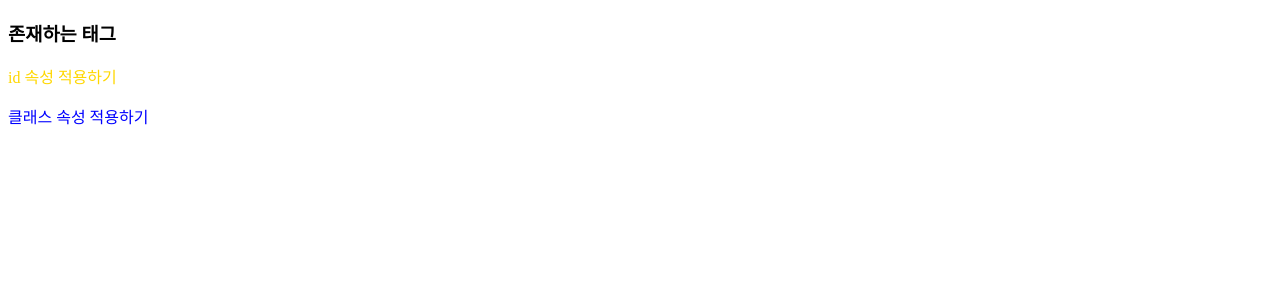
Repository: poomshen/team_03_project2
Page: WebBasic/WebContent/Ex06_Basic_Css_Point.html
The author's editor kept a copy of each file at every save. The page is drawn from the files as they stood at one save, then again after the next save.
The browser window is 1280 px wide. The pictures show the whole page.

Above is the page before, as saved 2016-08-26 07:34:26.

After the next save:
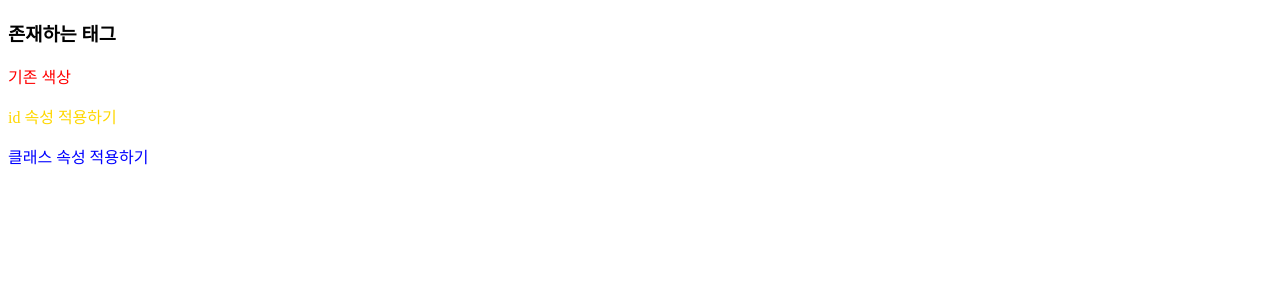
Saved 33 s later.
--- a/WebBasic/WebContent/Ex06_Basic_Css_Point.html
+++ b/WebBasic/WebContent/Ex06_Basic_Css_Point.html
@@ -18,7 +18,7 @@
 	.   > class 속성으로 사용
  -->
  <h3> 존재하는 태그</h3>
-
+<p>기존 색상</p>
 <p id="kglim"> id 속성 적용하기 </p>
 <p  class ="hong" >클래스 속성 적용하기</p>
 </body>
